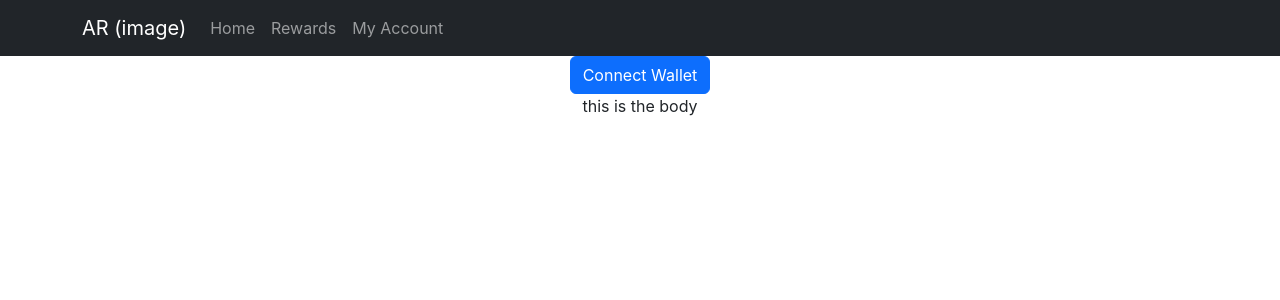
Repository: EyanIngles/AR
Page: /
The author's editor kept a copy of each file at every save. The page is drawn from the files as they stood at one save, then again after the next save.
The browser window is 1280 px wide. The pictures show the whole page.
The project was rebuilt for these pictures with package versions that can differ from the ones it lists, and the page was loaded fresh each time. Also part of the build but not shown: src/pages/home.js, src/pages/rewards.js.

Above is the page before, as saved 2024-05-29 13:18:02.

### public/index.html
<!DOCTYPE html>
<html lang="en">
  <head>
    <meta charset="utf-8" />
    <link rel="icon" href="%PUBLIC_URL%/favicon.ico" />
    <meta name="viewport" content="width=device-width, initial-scale=1" />
    <meta name="theme-color" content="#000000" />
    <meta
      name="Arbonne Rewards, a website developed by Eyan.Dev."
      content="A place to store points and data for a community to reward an Arbonne consultants clients"
    />
    <link rel="apple-touch-icon" href="%PUBLIC_URL%/logo192.png" />
    <!--
      manifest.json provides metadata used when your web app is installed on a
      user's mobile device or desktop. See https://developers.google.com/web/fundamentals/web-app-manifest/
    -->
    <link rel="manifest" href="%PUBLIC_URL%/manifest.json" />
    <!--
      Notice the use of %PUBLIC_URL% in the tags above.
      It will be replaced with the URL of the `public` folder during the build.
      Only files inside the `public` folder can be referenced from the HTML.

      Unlike "/favicon.ico" or "favicon.ico", "%PUBLIC_URL%/favicon.ico" will
      work correctly both with client-side routing and a non-root public URL.
      Learn how to configure a non-root public URL by running `npm run build`.
    -->
    <title>Arbonne Rewards</title>
  </head>
  <body>
    <noscript>You need to enable JavaScript to run this app.</noscript>
    <div id="root"></div>
    <!--
      This HTML file is a template.
      If you open it directly in the browser, you will see an empty page.

      You can add webfonts, meta tags, or analytics to this file.
      The build step will place the bundled scripts into the <body> tag.

      To begin the development, run `npm start` or `yarn start`.
      To create a production bundle, use `npm run build` or `yarn build`.
    -->
  </body>
</html>

### src/index.js
import React from 'react';
import ReactDOM from 'react-dom/client';
import 'bootstrap/dist/css/bootstrap.css'
import './index.css';
import App from './App';
import reportWebVitals from './reportWebVitals';
import { Provider } from 'react-redux'
import store from './store/store'

const root = ReactDOM.createRoot(document.getElementById('root'));
root.render(
  <Provider store={store}>
  <React.StrictMode>
    <App />
  </React.StrictMode>
  </Provider>
);

// If you want to start measuring performance in your app, pass a function
// to log results (for example: reportWebVitals(console.log))
// or send to an analytics endpoint. Learn more: https://bit.ly/CRA-vitals
reportWebVitals();

### src/App.js
import './App.css';
import { loadProvider, loadNetwork, loadAccount } from './store/reducers/interactions'
import { useDispatch, useSelector } from 'react-redux';
import { useState, useEffect } from 'react';
import { Button, Card, Nav, Navbar, Container } from 'react-bootstrap'

import MyAccount from './pages/myAccount';
import Home from './pages/home';
import Rewards from './pages/rewards'

function App() {
  // declaring dispatch
const dispatch = useDispatch();
const account = useSelector(state => state.provider.account)
const provider = useSelector(state => state.provider.connection)
const chainId = useSelector(state => state.provider.chainId)
// use State statments
const [loadingBlockchain, setLoadingBlockchain] = useState(false)

const loadBlockchain = async () => {
  if (loadBlockchain) {
    try{
      // changing the state of the loading statment to true as in it is loading.
      setLoadingBlockchain(true)
      // load provider
      loadProvider(dispatch)
      // load accounts
      await loadAccount(dispatch)
      // load chain id
      await loadNetwork(provider, dispatch)
      // once all the blockchain has finished loading, set to loading blockchain to false
      setLoadingBlockchain(true)
    } catch (error) {
      console.log("error loading blockchain", error)
    }
  }
}
useEffect(() => {
  if(!loadingBlockchain || account == 0) {
    try{
      loadBlockchain()
    } catch (error) {
      window.alert('error loading blockchain ', error)
    }
  }
},[loadingBlockchain, account, loadBlockchain])

  return (
    <div className="App">
      <>
      <Navbar bg="dark" data-bs-theme="dark">
        <Container>
          <Navbar.Brand href="/">AR (image)</Navbar.Brand>
          <Nav className="me-auto">
            <Nav.Link href="/">Home</Nav.Link>
            <Nav.Link href="/Rewards">Rewards</Nav.Link>
            <Nav.Link path='/myAccount' element={<MyAccount />}>My Account</Nav.Link>
          </Nav>
        </Container>
      </Navbar>
      </>
      { !account == 0 && !chainId == 0? (
      <>
        <header className="App-header">
          <Card>
            <Card.Text>
              Name: maybe need to create an if statement to say if customer or consultant? <br></br>
              Account: {account.slice(0,6)} <br></br>
              Points:
            </Card.Text>
            </Card>
        <h1 className='h1'>This is the header</h1>
        <h5>buttons here</h5>
        </header>
      </>
      ) : (
        <><Button onClick={loadBlockchain}>Connect Wallet</Button></>
      )}
      <div>
        <p>this is the body</p>
      </div>
    </div>
  );
}

export default App;

### src/store/store.js
import { configureStore } from "@reduxjs/toolkit";
import provider from './reducers/provider'

export default configureStore({
    reducer: {
        provider,
    },
    middleware: getDefaultMiddleware =>
    getDefaultMiddleware({
    serializableCheck: false
    })
})

### src/App.css
.App {
  text-align: center;
}

.App-logo {
  height: 40vmin;
  pointer-events: none;
}

@media (prefers-reduced-motion: no-preference) {
  .App-logo {
    animation: App-logo-spin infinite 20s linear;
  }
}

.App-header {
  background-color: #282c34;
  min-height: 100vh;
  display: flex;
  flex-direction: column;
  align-items: center;
  justify-content: center;
  font-size: calc(10px + 2vmin);
  color: white;
}

.App-link {
  color: #f2e47b;
}

@keyframes App-logo-spin {
  from {
    transform: rotate(0deg);
  }
  to {
    transform: rotate(360deg);
  }
}

### src/store/reducers/interactions.js
import React from 'react'
import { ethers } from 'ethers'
import { setProvider, setNetwork, setAccount } from '../reducers/provider'

// load provider
export const loadProvider = (dispatch) => {
    try{
        const provider = new ethers.BrowserProvider(window.ethereum)
        dispatch(setProvider(provider))
        return provider;
        } catch(err) {
            window.alert('provider unable to be located')
}}
// load account
export const loadNetwork = async (provider, dispatch) => {
    const chainId = await provider.getNetwork()
    dispatch(setNetwork(chainId))
    return chainId;
}
// load account
export const loadAccount = async (dispatch) => {
    //connecting to meta mask with a try and catch to catch an error if metamask if not installed
if(typeof window.ethereum !== 'undefined') {
    try{
        const accounts = await window.ethereum.request({ method: 'eth_requestAccounts' });
        const account = accounts[0];
        dispatch(setAccount(account));

        return account;
    } catch(err) {
        window.alert('Metamask unable to be located. Please install metamask and try again.')
        const deadAccount = ''
        dispatch(setAccount(deadAccount));
    }
}}

### src/store/reducers/provider.js
import { createSlice } from '@reduxjs/toolkit';

export const provider = createSlice({
    name: 'provider',
    initialState: {
        connection: null,
        chainId: null,
        account: null
    },
    reducers: {
        setProvider: (state, action) => {
            state.connection = action.payload
        },
        setNetwork: (state, action) => {
            state.chainId = action.payload
        },
        setAccount: (state, action) => {
            state.account = action.payload
        },
    }
})

export const { setNetwork, setAccount, setProvider } = provider.actions;

export default provider.reducer;

### src/pages/myAccount.js
import React from 'react'

const myAccount = () => {
  return (
    <div>myAccount</div>
  )
}

export default myAccount

Loaded but not shown: src/index.css (common file); src/reportWebVitals.js (common file)

After the next save:
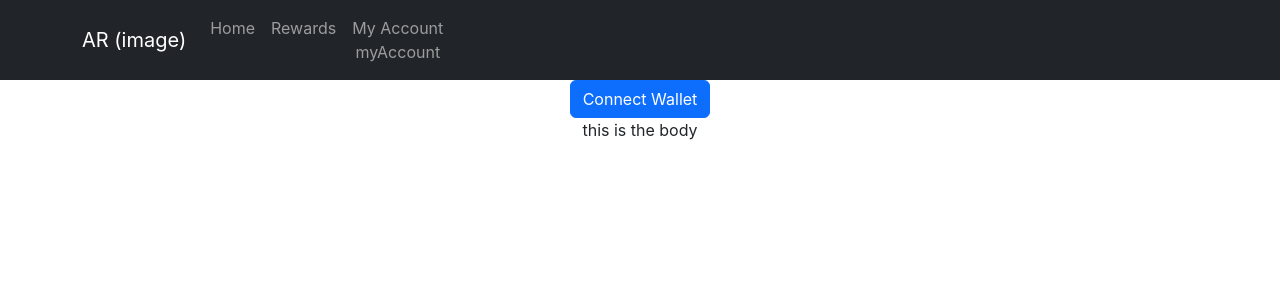
Saved 37 s later.
--- a/src/App.js
+++ b/src/App.js
@@ -54,7 +54,7 @@
           <Nav className="me-auto">
             <Nav.Link href="/">Home</Nav.Link>
             <Nav.Link href="/Rewards">Rewards</Nav.Link>
-            <Nav.Link path='/myAccount' element={<MyAccount />}>My Account</Nav.Link>
+            <Nav.Link>My Account{<MyAccount/>}</Nav.Link>
           </Nav>
         </Container>
       </Navbar>

After the save that followed:
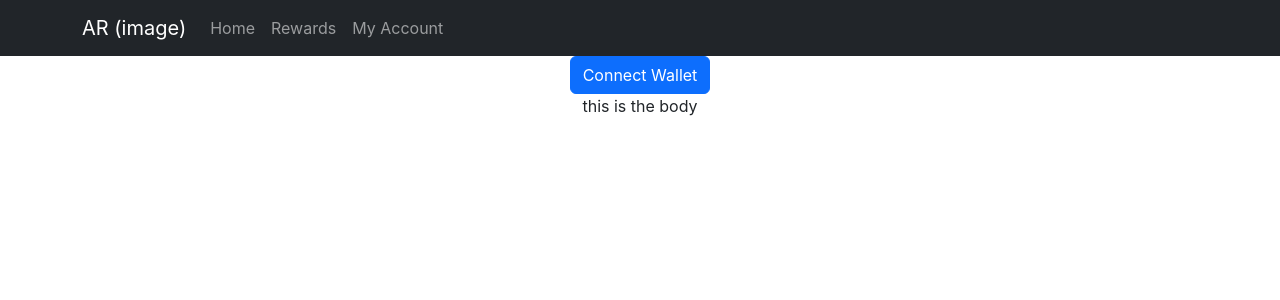
Saved 21 s later.
--- a/src/App.js
+++ b/src/App.js
@@ -53,8 +53,8 @@
           <Navbar.Brand href="/">AR (image)</Navbar.Brand>
           <Nav className="me-auto">
             <Nav.Link href="/">Home</Nav.Link>
-            <Nav.Link href="/Rewards">Rewards</Nav.Link>
-            <Nav.Link>My Account{<MyAccount/>}</Nav.Link>
+            <Nav.Link href="/">Rewards</Nav.Link>
+            <Nav.Link href="/">My Account</Nav.Link>
           </Nav>
         </Container>
       </Navbar>
